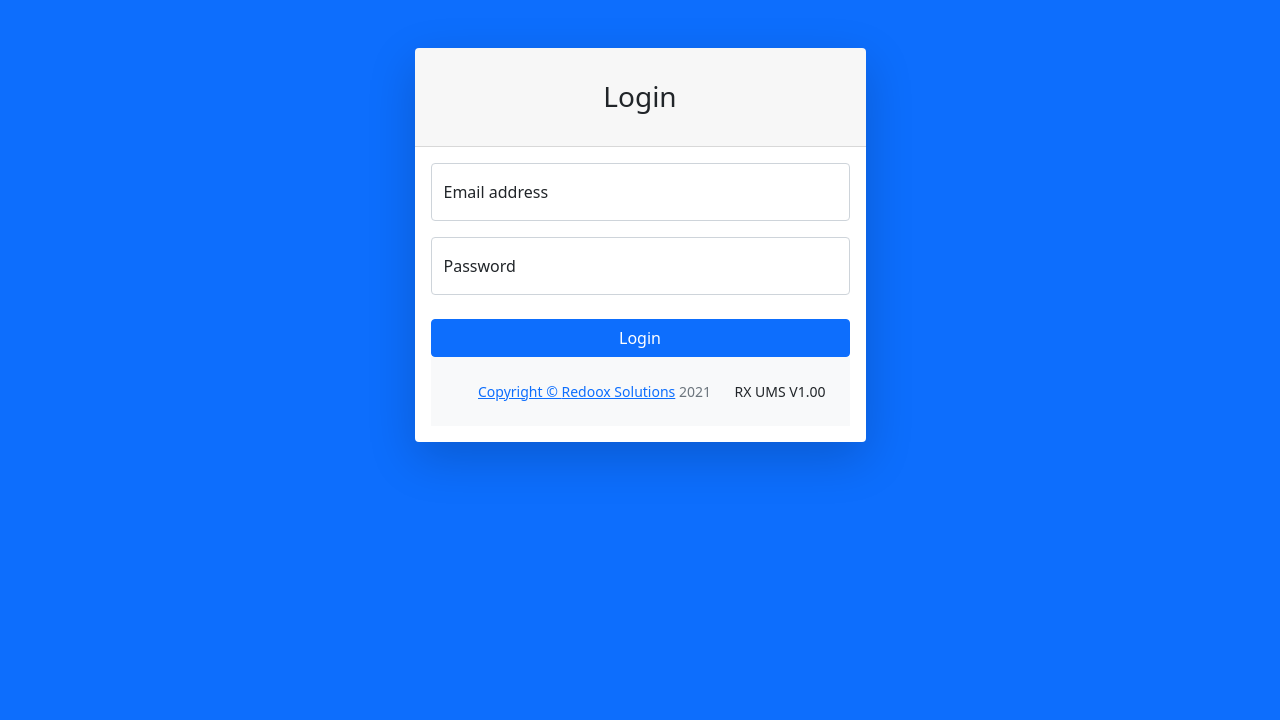
Repository: beroge/proactiveIT
Page: http://localhost/admin/login.php
These files come from the project's save history. The page is drawn as it stood at one moment and after a run of saves; the edit follows.
The browser window is 1280 px wide. The pictures show the whole page.
The page is run by PHP 8.4 with error messages shown; the project is at /var/www/html/.

Above is the page before, as saved 2023-05-07 14:53:04.

### admin/login.php
<?php
    session_start();
    ob_start();
 ?>
<!DOCTYPE html>
<html lang="en">
    <head>
        <meta charset="utf-8" />
        <meta http-equiv="X-UA-Compatible" content="IE=edge" />
        <meta name="viewport" content="width=device-width, initial-scale=1, shrink-to-fit=no" />
        <meta name="description" content="" />
        <meta name="author" content="" />
        <title>Login</title>
        <link href="css/styles.css" rel="stylesheet" />
        <script src="https://cdnjs.cloudflare.com/ajax/libs/font-awesome/5.15.3/js/all.min.js" crossorigin="anonymous"></script>
    </head>
    <body class="bg-primary">
        <div id="layoutAuthentication">
            <div id="layoutAuthentication_content">
                <main>
                    <div class="container">
                        <div class="row justify-content-center">
                            <div class="col-lg-5">
                                <div class="card shadow-lg border-0 rounded-lg mt-5">
                                    <div class="card-header">
                                        <h3 class="text-center font-weight-light my-4">Login</h3>
                                    </div>
                                        <?php
                                        if (isset($_SESSION['msg'])) {
                                            echo $_SESSION['msg'];
                                            unset($_SESSION['msg']);
                                        }
                                        ?>
                                    <div class="card-body">
                                        <form action="action/loginProcess.php" method="post">
                                            <div class="form-floating mb-3">
                                                <input class="form-control" name="username" type="text" placeholder="admin" autocomplete="off" />
                                                <label>Email address</label>
                                            </div>
                                            <div class="form-floating mb-3">
                                                <input class="form-control" name="password" type="password" placeholder="Password" autocomplete="off"/>
                                                <label >Password</label>
                                            </div>
                                            <div class="d-flex align-items-center justify-content-between mt-4 mb-0">
                                                <input type="submit" name="login" class="btn w-100 btn-primary" value="Login">
                                            </div>
                                            <a href="da
                                        </form>
                                    </div>
                                </div>
                            </div>
                        </div>
                    </div>
                </main>
            </div>
            <div id="layoutAuthentication_footer">
                <footer class="py-4 bg-light mt-auto">
                    <div class="container-fluid px-4">
                        <div class="d-flex align-items-center justify-content-between small">
                            <div class="text-muted">Copyright &copy; <a href="https://www.redoox.com" target="_blank">Redoox Solutions</a> 2021</div>
                            <div>
                                RX UMS V1.00
                            </div>
                        </div>
                    </div>
                </footer>
            </div>
        </div>
        <script src="https://cdn.jsdelivr.net/npm/bootstrap@5.1.3/dist/js/bootstrap.bundle.min.js" crossorigin="anonymous"></script>
        <script src="js/scripts.js"></script>
    </body>
</html>

### admin/js/scripts.js

window.addEventListener('DOMContentLoaded', event => {

    // Toggle the side navigation
    const sidebarToggle = document.body.querySelector('#sidebarToggle');
    if (sidebarToggle) {
        // Uncomment Below to persist sidebar toggle between refreshes
        // if (localStorage.getItem('sb|sidebar-toggle') === 'true') {
        //     document.body.classList.toggle('sb-sidenav-toggled');
        // }
        sidebarToggle.addEventListener('click', event => {
            event.preventDefault();
            document.body.classList.toggle('sb-sidenav-toggled');
            localStorage.setItem('sb|sidebar-toggle', document.body.classList.contains('sb-sidenav-toggled'));
        });
    }

});

Loaded but not shown: admin/css/styles.css (library)

After the next 6 saves:
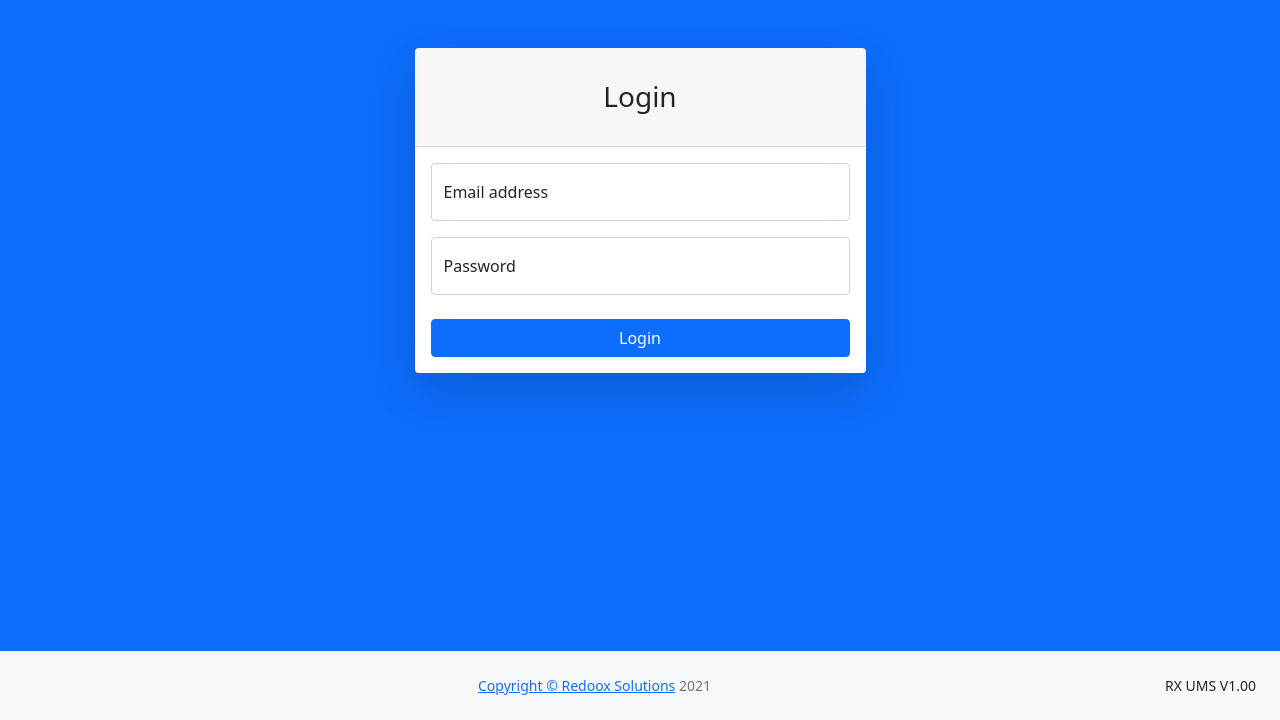
The 6 saves are shown as one change because they came seconds apart.
The last was saved 21 s later.
--- a/admin/login.php
+++ b/admin/login.php
@@ -44,7 +44,7 @@
                                             <div class="d-flex align-items-center justify-content-between mt-4 mb-0">
                                                 <input type="submit" name="login" class="btn w-100 btn-primary" value="Login">
                                             </div>
-                                            <a href="da
+                                            <a href="data/"
                                         </form>
                                     </div>
                                 </div>
